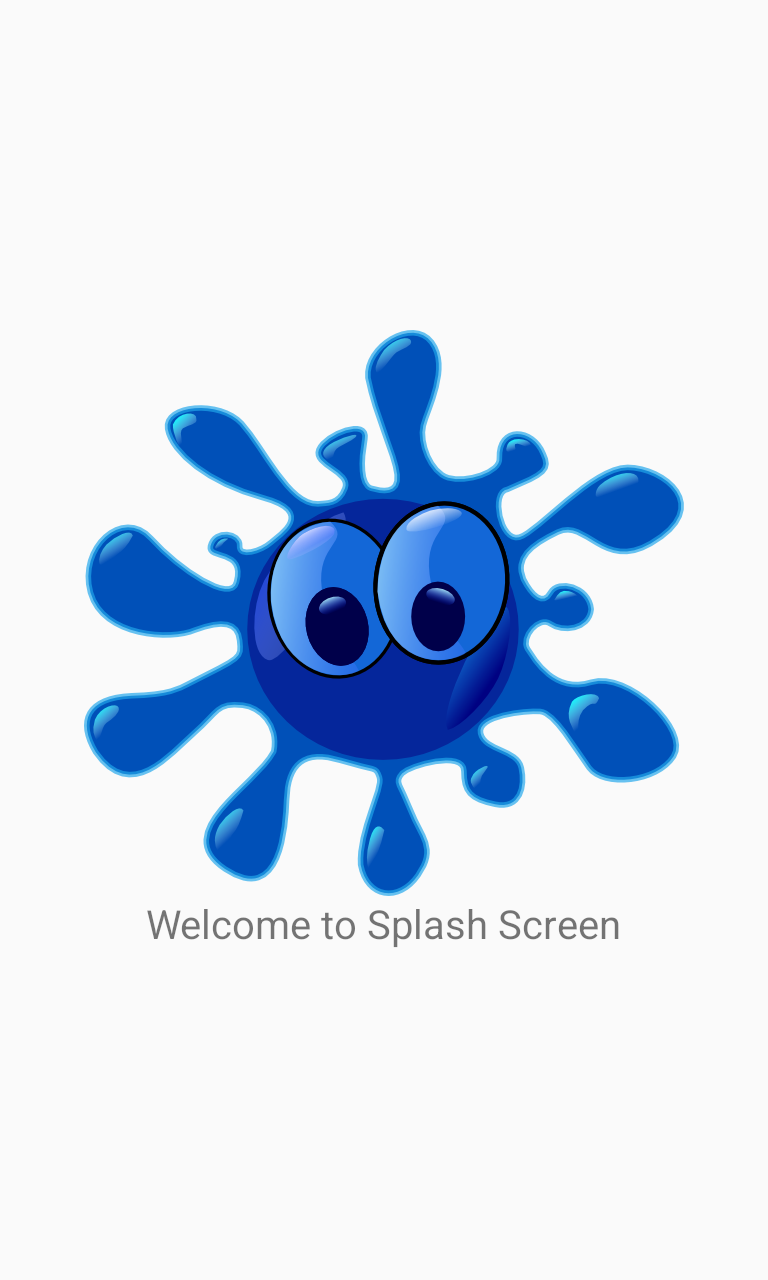
Repository: AlvaroCortez/Assigment1
Layout: SplashScreen/res/layout/activity_main.xml
The author's editor kept a copy of each file at every save. The layout is drawn from the files as they stood at one save, then again after the next save.
It is drawn on a 768 x 1280 px phone screen (xhdpi) without system bars, with theme AppTheme; the app's code is not run.

Above is the layout before, as saved 2014-04-27 18:21:34.

### SplashScreen/res/layout/activity_main.xml
<LinearLayout xmlns:android="http://schemas.android.com/apk/res/android"
    xmlns:tools="http://schemas.android.com/tools"
    android:layout_width="match_parent"
    android:layout_height="match_parent"
    android:gravity="center"
    android:orientation="vertical" >

    <ImageView
        android:layout_width="300"
        android:layout_height="wrap_content"
        android:contentDescription="@string/app_name"
        android:src="@drawable/splash">
        </ImageView>

        <TextView
        android:id="@+id/splash_message"
        android:layout_width="wrap_content"
        android:layout_height="wrap_content"
        android:text="@string/splash_message"
        android:textSize="20sp"
        tools:context=".MainActivity">
        </TextView>


</LinearLayout>

### SplashScreen/res/values/strings.xml
<?xml version="1.0" encoding="utf-8"?>
<resources>
    <string name="app_name">SplashScreen</string>
    <string name="hello_world">Hello world!</string>
    <string name="menu_settings">Settings</string>
    <string name="title_activity_main">MainActivity</string>
    <string name="action_settings">MainActivity</string>
    <string name="title_activity_demo">Splash Screen</string>
    <string name="splash_message">Welcome to Splash Screen</string>
    <string name="demo_message">Home Screen</string>
</resources>

Loaded but not shown: SplashScreen/res/values/styles.xml (common file); SplashScreen/res/values-v11/styles.xml (common file); SplashScreen/res/values-v14/styles.xml (common file)

After the next save:
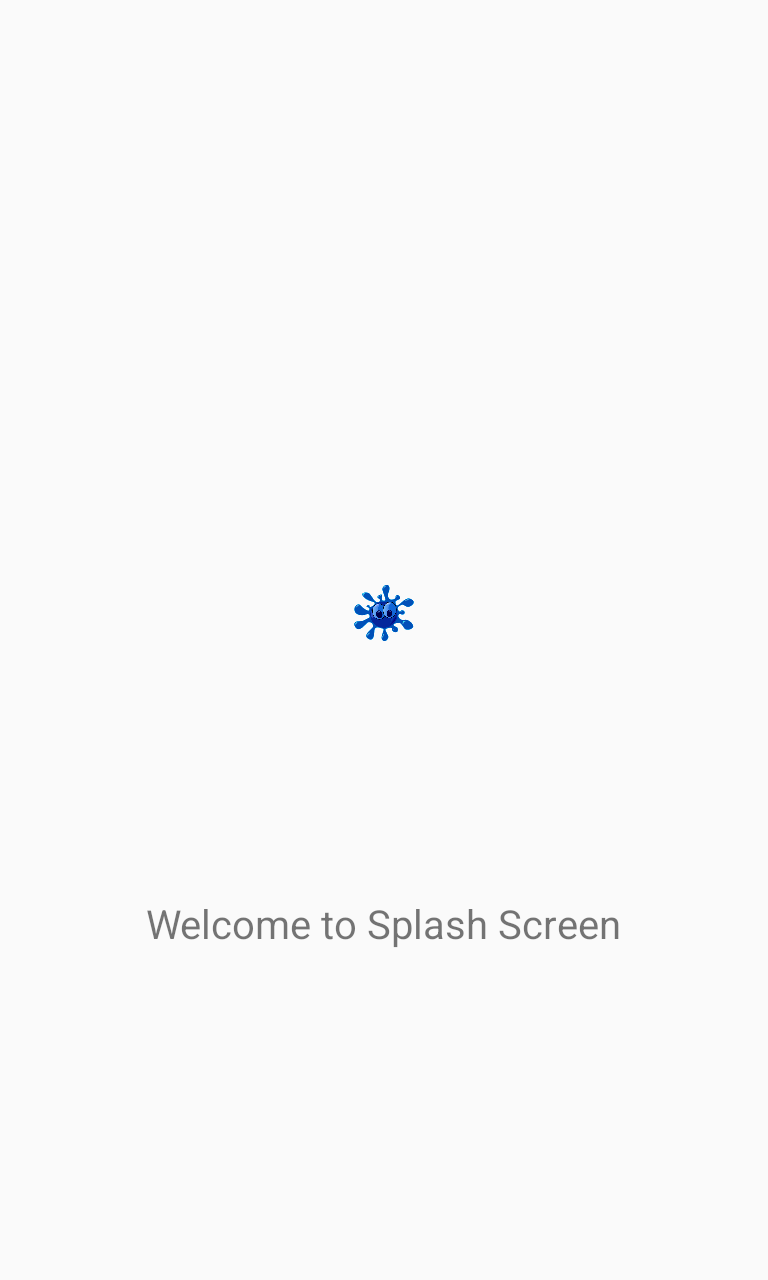
Saved 24 s later.
--- a/SplashScreen/res/layout/activity_main.xml
+++ b/SplashScreen/res/layout/activity_main.xml
@@ -6,7 +6,7 @@
     android:orientation="vertical" >
 
     <ImageView
-        android:layout_width="300"
+        android:layout_width="30"
         android:layout_height="wrap_content"
         android:contentDescription="@string/app_name"
         android:src="@drawable/splash">
